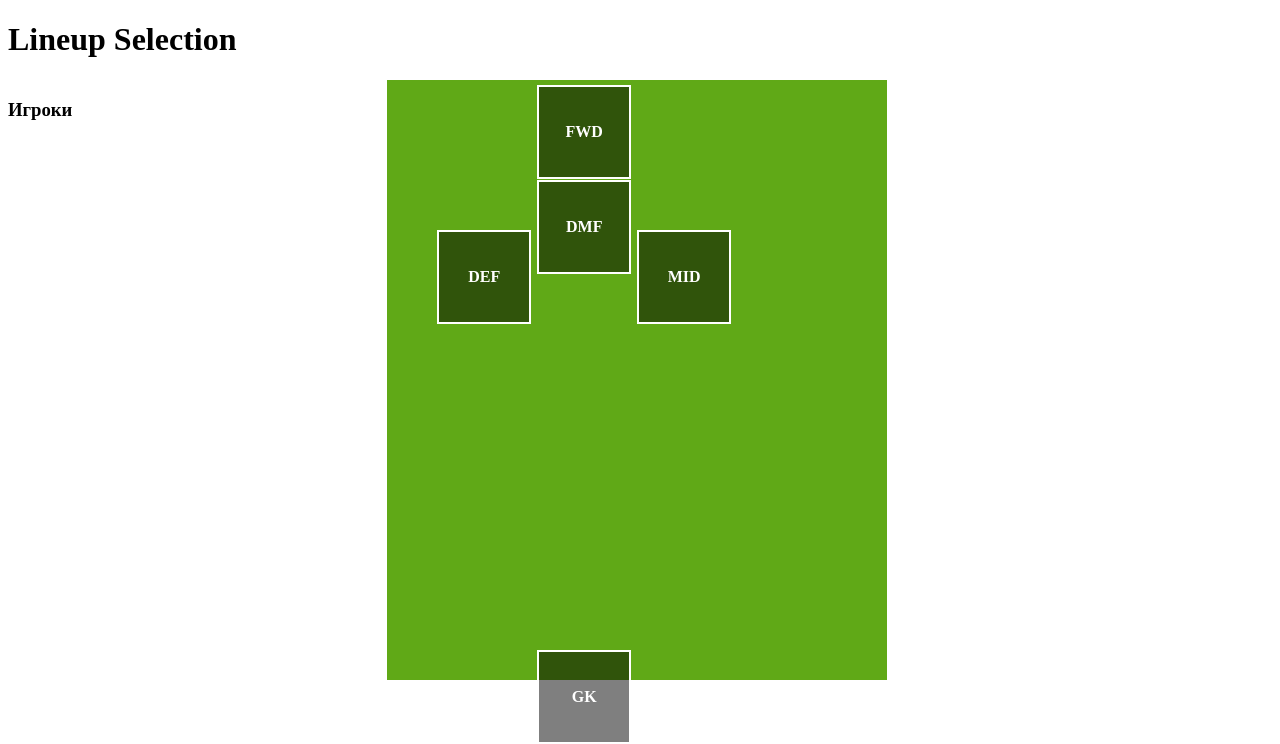
Repository: greatgreek73/soccergame
Page: http://localhost/lineup-selection/
These files come from the project's save history. The page is drawn as it stood at one moment and after the next save; the edit follows.
The browser window is 1280 px wide. The pictures show the whole page.
Some web libraries are served in a nearby version. The page is served by the project's application, run on Django 4.2 (manage.py). A made-up administrator, testuser (Test User, test@example.com), is signed in. Queries for data that is not in the repository find no rows.

Above is the page before, as saved 2024-04-18 21:07:28.

After the next save:
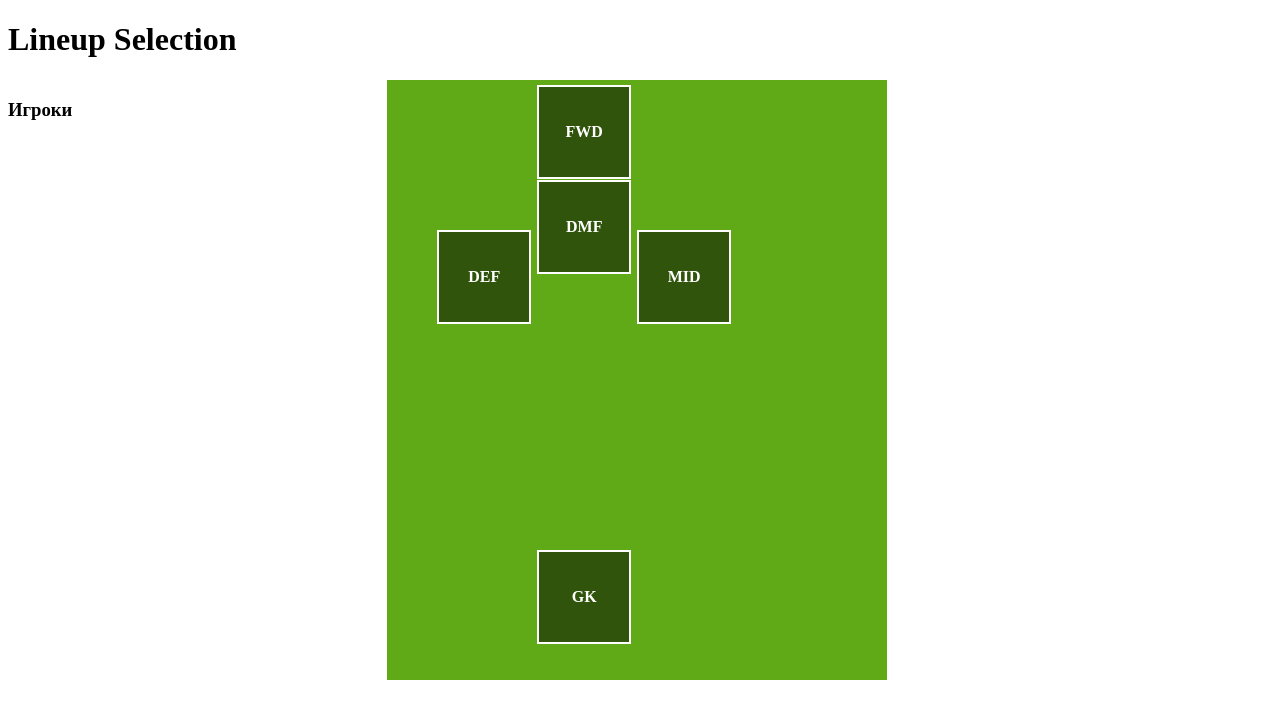
Saved 15 s later.
--- a/players/templates/lineup_selection.html
+++ b/players/templates/lineup_selection.html
@@ -177,7 +177,7 @@
         </div>
 
         <div id="field">
-            <div class="position" data-position="GK" style="top: 570px; left: 150px;">GK</div>
+            <div class="position" data-position="GK" style="top: 470px; left: 150px;">GK</div>
             <div class="position" data-position="DEF" style="top: 150px; left: 50px;">DEF</div>
             <div class="position" data-position="MID" style="top: 150px; left: 250px;">MID</div>
             <div class="position" data-position="FWD" style="top: 5px; left: 150px;">FWD</div>
